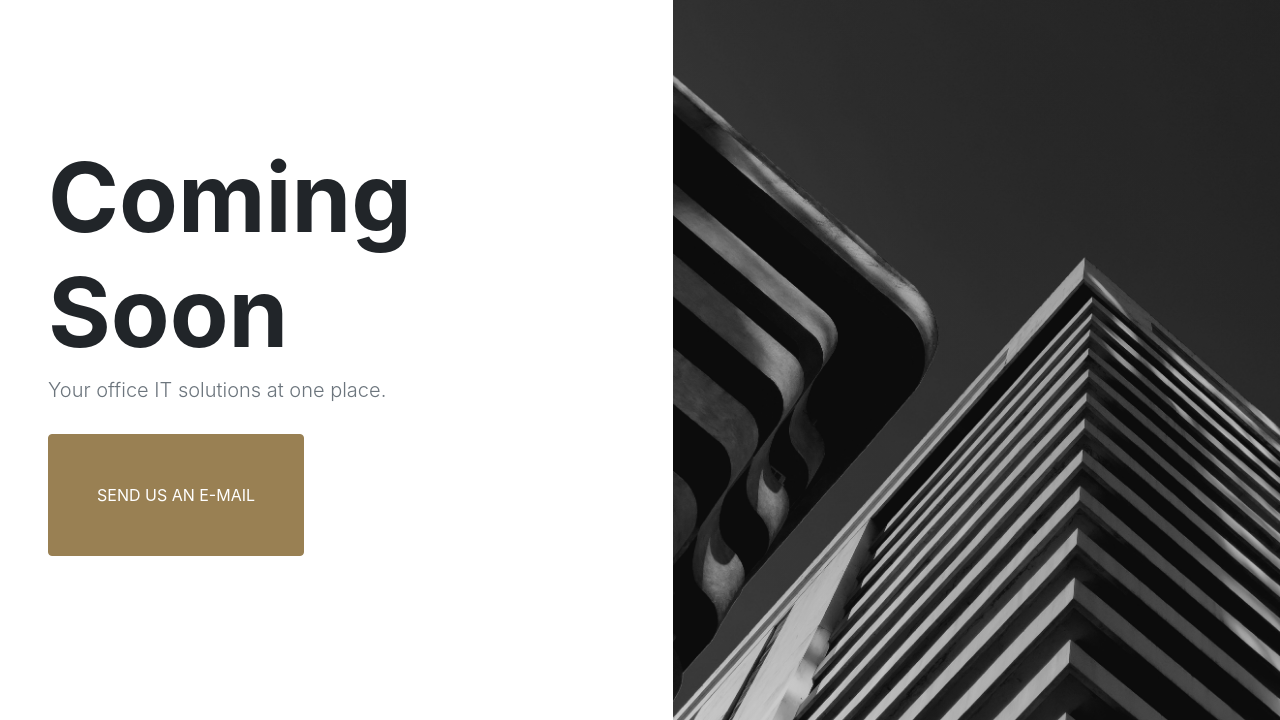
Repository: Thekxgh/website
Page: /
These files come from the project's save history. The page is drawn as it stood at one moment and after a run of saves; the edit follows.
The browser window is 1280 px wide. The pictures show the whole page.
The project was rebuilt for these pictures with package versions that can differ from the ones it lists, and the page was loaded fresh each time.

Above is the page before, as saved 2021-07-14 10:08:05.

### src/index.scss
$primary: #998053;
$dark: #050507;
$light-primary-bg: #DDDEE7;
$light-primary: #DDDEE7;
$theme-colors: (
    "primary": $primary,
    "info": $light-primary,
    "danger": teal,
    "dark": $dark
);

@import '~bootstrap/scss/bootstrap.scss';

.side-img{
 background: linear-gradient(to right, rgba(0, 0, 0, 0.2), rgba(0, 0, 0, 0.2) ), url('./assets/img/background.jpg') no-repeat;
 background-size: cover;
 min-height: 100vh;
}

### src/App.tsx
import React from 'react';
import { LandingPage } from './presentation/LandingPage';

function App() {
  return (
    <LandingPage />
  );
}

export default App;

### src/presentation/LandingPage.tsx
import { Col, Container, Row } from "react-bootstrap"

export const LandingPage = () => {
    return (
    <Container fluid>
        <Row className="min-vh-100 align-items-center">
            <Col className="p-5">
                <h1 className="display-1 font-weight-bold">Coming Soon</h1>
                <h5 className="text-muted font-weight-light">Your office IT solutions at one place.</h5>
                <a className="btn btn-primary p-5 my-4" href="mailto:contact@thekxgh.com"> SEND US AN E-MAIL </a>
            </Col>
            <Col className="side-img min-vh-100"></Col>
        </Row>
    </Container>
    );
}

Loaded but not shown: public/index.html (common file); src/index.tsx (common file)

After the next 2 saves:
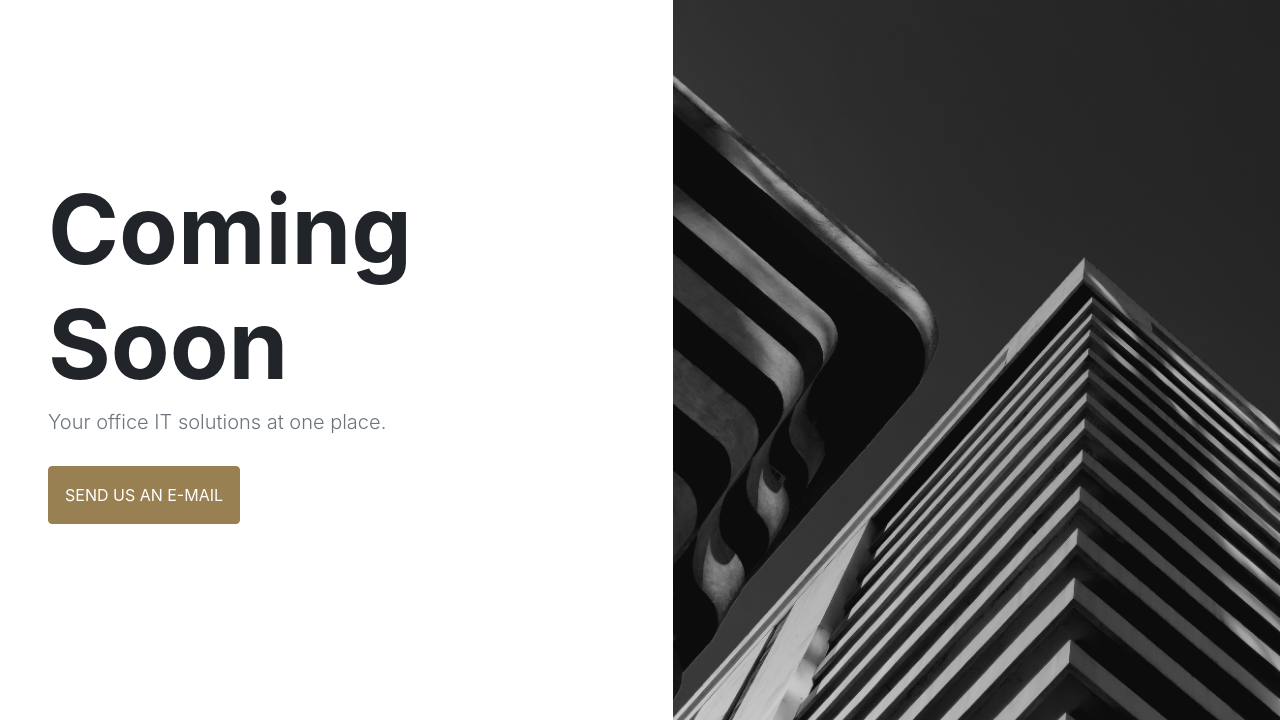
The 2 saves are shown as one change because they came seconds apart.
The last was saved 6 s later.
--- a/src/presentation/LandingPage.tsx
+++ b/src/presentation/LandingPage.tsx
@@ -7,7 +7,7 @@ export const LandingPage = () => {
             <Col className="p-5">
                 <h1 className="display-1 font-weight-bold">Coming Soon</h1>
                 <h5 className="text-muted font-weight-light">Your office IT solutions at one place.</h5>
-                <a className="btn btn-primary p-5 my-4" href="mailto:contact@thekxgh.com"> SEND US AN E-MAIL </a>
+                <a className="btn btn-primary p-3 my-4" href="mailto:contact@thekxgh.com"> SEND US AN E-MAIL </a>
             </Col>
             <Col className="side-img min-vh-100"></Col>
         </Row>
